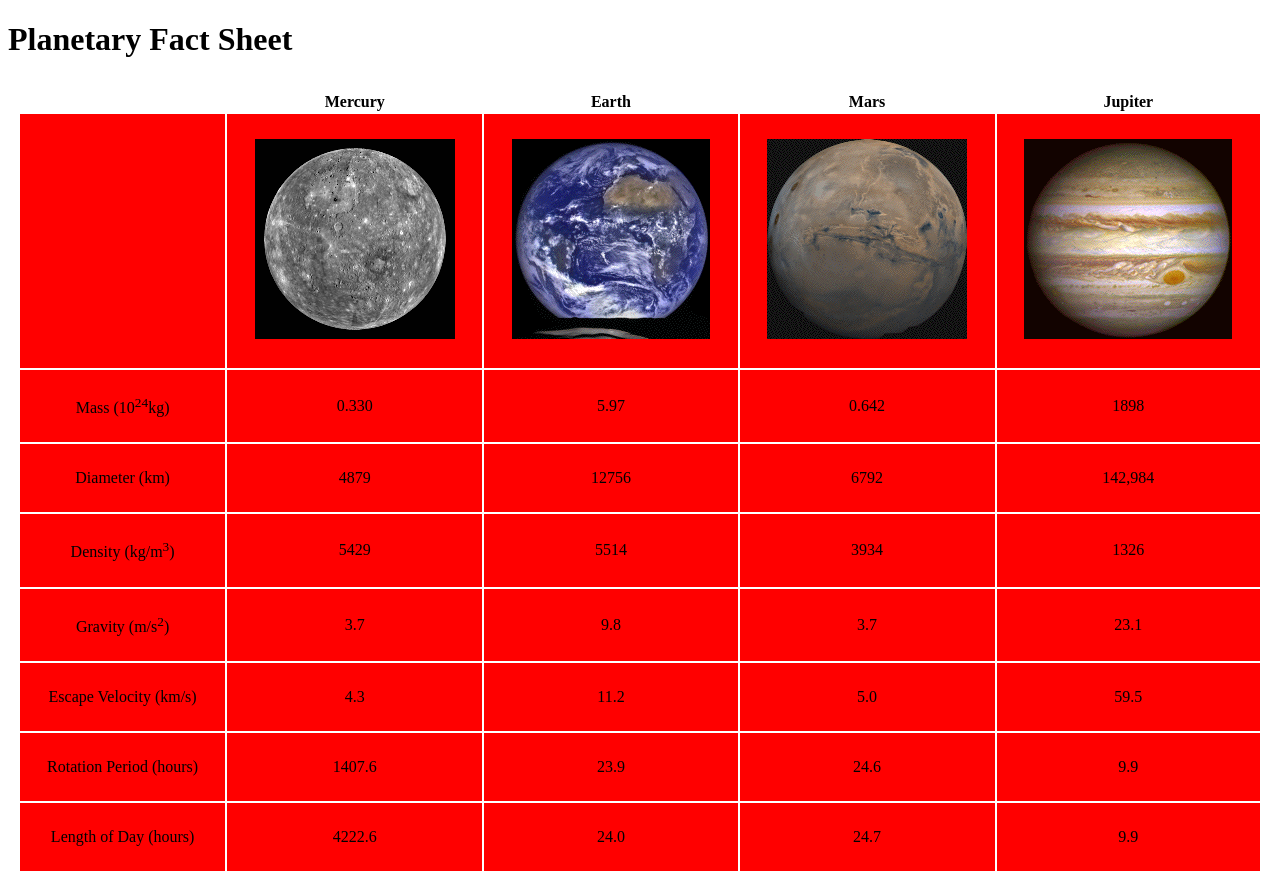
Repository: rishondass/ITMD361-Lab5
Page: index.html
The author's editor kept a copy of each file at every save. The page is drawn from the files as they stood at one save, then again after the next save.
The browser window is 1280 px wide. The pictures show the whole page.

Above is the page before, as saved 2023-02-22 19:10:56.

### index.html
<!DOCTYPE html>
<html lang="en">
<head>
  <meta charset="utf-8">
  <title>Planetary Fact Sheet</title>
  <link rel="stylesheet" href="css/style.css">
</head>
<body>
  <h1>Planetary Fact Sheet</h1>
  <table id="planets">
    <thead>
      <tr>
        <th></th>
        <th>Mercury</th>
        <th>Earth</th>
        <th>Mars</th>
        <th>Jupiter</th>
      </tr>
    </thead>
    <tbody>
      <tr>
        <td></td>
        <td><img src="images/mercury.gif" alt="image_of_Mercury"></td>
        <td><img src="images/earth.gif" alt="image_of_Earth"></td>
        <td><img src="images/mars.gif" alt="image_of_Mars"></td>
        <td><img src="images/jupiter.gif" alt="image_of_Jupiter"></td>
      </tr>
      <tr class="data">
        <td>Mass (10<sup>24</sup>kg)</td>
        <td>0.330</td>
        <td>5.97</td>
        <td>0.642</td>
        <td>1898</td>
      </tr>
      <tr class="data">
        <td>Diameter (km)</td>
        <td>4879</td>
        <td>12756</td>
        <td>6792</td>
        <td>142,984</td>
      </tr>
      <tr class="data">
        <td>Density (kg/m<sup>3</sup>)</td>
        <td>5429</td>
        <td>5514</td>
        <td>3934</td>
        <td>1326</td>
      </tr>
      <tr class="data">
        <td>Gravity (m/s<sup>2</sup>)</td>
        <td>3.7</td>
        <td>9.8</td>
        <td>3.7</td>
        <td>23.1</td>
      </tr>
      <tr class="data">
        <td>Escape Velocity (km/s)</td>
        <td>4.3</td>
        <td>11.2</td>
        <td>5.0</td>
        <td>59.5</td>
      </tr>
      <tr class="data">
        <td>Rotation Period (hours)</td>
        <td>1407.6</td>
        <td>23.9</td>
        <td>24.6</td>
        <td>9.9</td>
      </tr>
      <tr class="data">
        <td>Length of Day (hours)</td>
        <td>4222.6</td>
        <td>24.0</td>
        <td>24.7</td>
        <td>9.9</td>
      </tr>
    </tbody>
  </table>
</body>

### css/style.css
#planets {
	border: none;
  padding: 10px;
  /* background-color: aqua; */
  width: 100%;
  text-align: center;
  /* height: 80vh; */
}

#planets tr td{
  background-color: red;
  padding: 25px;
}

#planets tr:nth-child(even){
  background-color: rgb(55, 0, 255);
}

After the next save:
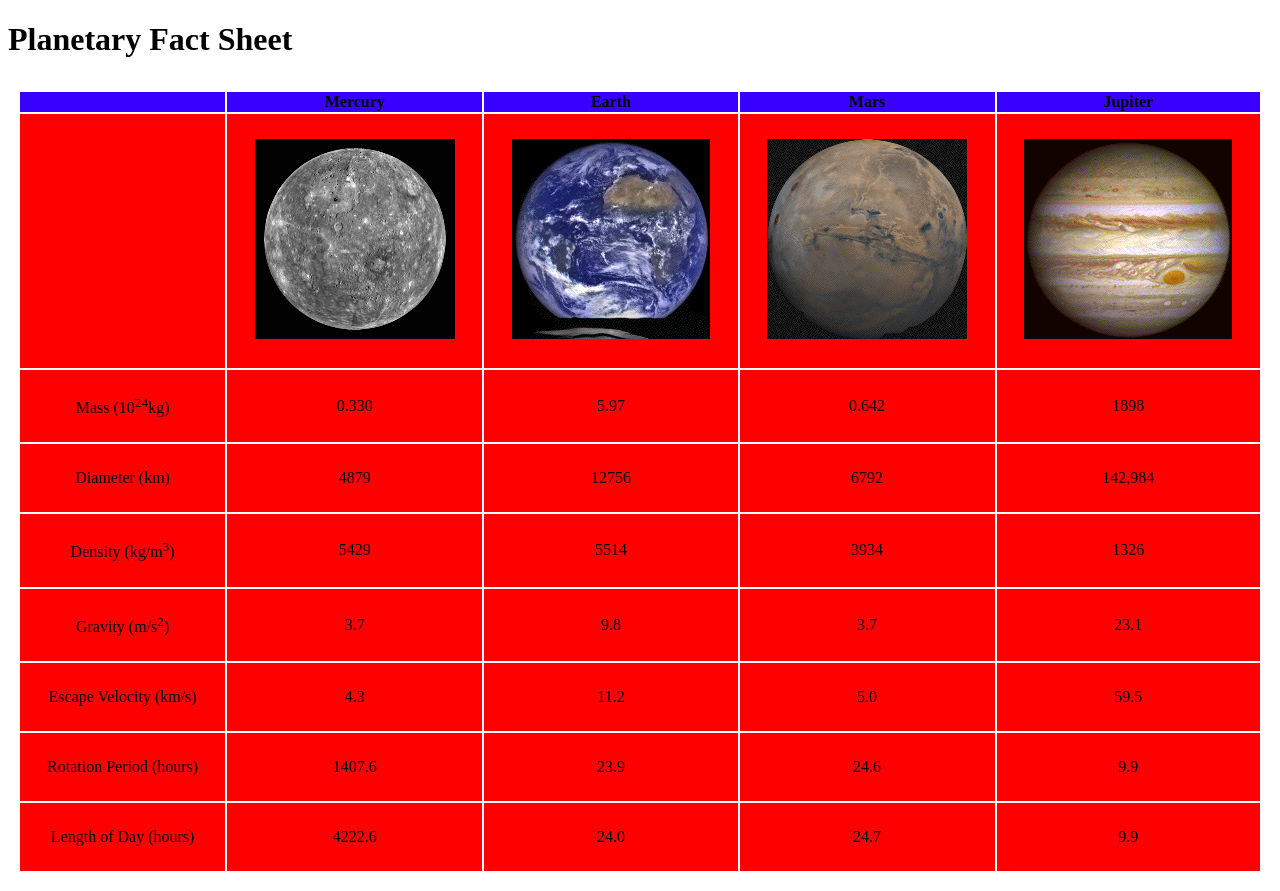
Saved 13 s later.
--- a/css/style.css
+++ b/css/style.css
@@ -12,6 +12,6 @@
   padding: 25px;
 }
 
-#planets tr:nth-child(even){
+#planets tr:nth-child(odd){
   background-color: rgb(55, 0, 255);
 }
